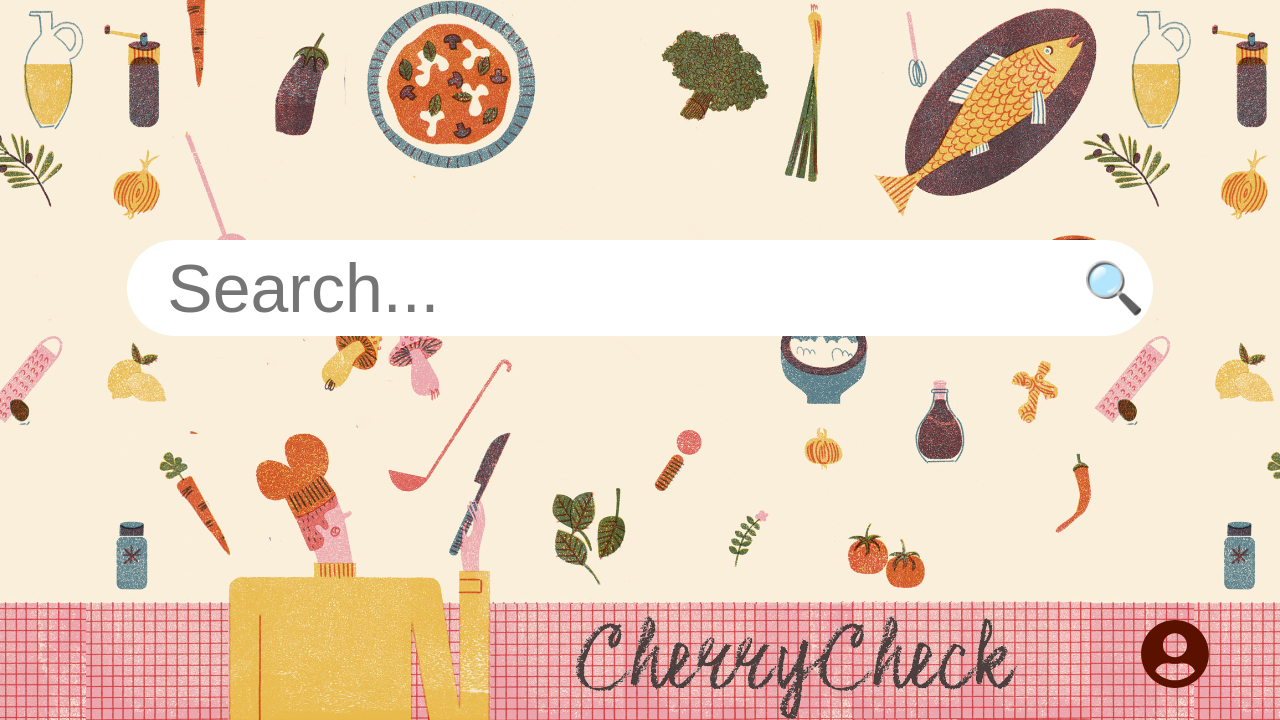
Repository: ChakavakNojavan/CherryCheck
Page: / (app in client/)
An editor plug-in stored every save of this project. The page is shown before and after the next save, followed by the edit.
The browser window is 1280 px wide. The pictures show the whole page.
The project was rebuilt for these pictures with package versions that can differ from the ones it lists, and the page was loaded fresh each time. Also part of the build but not shown: client/src/components/Loading.js, client/src/components/SingleProduct.js, client/src/components/UserProfile.js. Imported but missing from the stored project, and not drawn on this page: client/src/components/LogoutButton.

Above is the page before, as saved 2023-04-12 12:07:07.

### client/public/index.html
<!DOCTYPE html>
<html lang="en">
  <head>
    <meta charset="utf-8" />
    <meta name="viewport" content="width=device-width, initial-scale=1" />
    <link
      href="https://fonts.googleapis.com/css2?family=Jost&display=swap"
      rel="stylesheet"
    />
    <title>Welcome to CherryCheck!</title>
  </head>
  <body>
    <noscript>You need to enable JavaScript to run this app.</noscript>
    <div id="root"></div>
    <!--
      This HTML file is a template.
      If you open it directly in the browser, you will see an empty page.

      You can add webfonts, meta tags, or analytics to this file.
      The build step will place the bundled scripts into the <body> tag.

      To begin the development, run `npm start` or `yarn start`.
      To create a production bundle, use `npm run build` or `yarn build`.
    -->
  </body>
</html>

### client/src/index.js
import React from "react";
import ReactDOM from "react-dom";
import App from "./components/App";
import { Auth0Provider } from "@auth0/auth0-react";

const domain = process.env.REACT_APP_AUTH0_DOMAIN;
const clientId = process.env.REACT_APP_AUTH0_CLIENT_ID;

ReactDOM.render(
  <React.StrictMode>
    <Auth0Provider
      domain={domain}
      clientId={clientId}
      redirectUri={window.location.origin}
    >
      <App />
    </Auth0Provider>
  </React.StrictMode>,
  document.getElementById("root")
);

### client/src/components/App.js
import React, { useEffect, useState } from "react";
import { BrowserRouter, Route, Link, Routes } from "react-router-dom";
import FoodSearch from "./FoodSearch";
import HomePage from "./HomePage";
import SingleProduct from "./SingleProduct";
import { useAuth0 } from "@auth0/auth0-react";
import Profile from "./UserProfile";
import axios from "axios";
import GlobalStyles from "../GlobalStyles";

const App = () => {
  const { isAuthenticated, user: auth0User } = useAuth0();
  const [dbUser, setDbUser] = useState(null);

  useEffect(() => {
    const handleAuthenticatedUser = async (user) => {
      try {
        const response = await axios.post("http://localhost:8000/api/users", {
          user,
        });
        const fetchedDbUser = response.data;
        console.log("User from the database:", fetchedDbUser);
        setDbUser(fetchedDbUser);
      } catch (error) {
        console.error("Error registering or logging in the user:", error);
      }
    };

    if (isAuthenticated && auth0User) {
      handleAuthenticatedUser(auth0User);
    }
  }, [isAuthenticated, auth0User]);

  return (
    <BrowserRouter>
      <GlobalStyles />
      <Routes>
        <Route
          path="/"
          element={<HomePage isAuthenticated={isAuthenticated} />}
        />
        <Route
          path="/search"
          element={<FoodSearch isAuthenticated={isAuthenticated} />}
        />
        <Route
          path="/products/:code"
          element={
            <SingleProduct
              userId={dbUser?._id}
              isAuthenticated={isAuthenticated}
            />
          }
        />
        <Route
          path="/profile"
          element={<Profile isAuthenticated={isAuthenticated} />}
        />

        <Route path="*" element={<h1>404: Oops!</h1>} />
      </Routes>
    </BrowserRouter>
  );
};

export default App;

### client/src/components/FoodSearch.js
import React, { useState, useEffect } from "react";
import { Link, useNavigate } from "react-router-dom";
import styled from "styled-components";
import axios from "axios";

const FoodSearchContainer = styled.div`
  padding: 50px;
  border-radius: 50px;
  position: fixed;
  top: 190px;
`;

const Suggestions = styled.div`
  position: absolute;
  background-color: white;
  border: 1px solid rgb(250, 239, 219);
  border-radius: 5px;
  max-height: 200px;
  overflow-y: auto;
  z-index: 1;
  left: 70px;
  top: 150px;
  width: 80%;
  box-sizing: border-box;
`;

const Suggestion = styled.div`
  display: flex;
  align-items: center;
  padding: 8px 16px;
  cursor: pointer;
  width: 100%;
  box-sizing: border-box;

  &:hover {
    background-color: #f1f1f1;
  }
`;

const ProductImage = styled.img`
  width: 40px;
  height: 40px;
  margin-right: 8px;
  object-fit: cover;
`;

const StyledLink = styled(Link)`
  text-decoration: none;
  color: inherit;
`;

const SearchBox = styled.div`
  position: relative;
  display: flex;
  align-items: center;
  background-color: rgba(255, 255, 255, 1);
  border-radius: 50px;
  padding: 8px;
`;

const SearchInput = styled.input`
  border: none;
  outline: none;
  width: 100%;
  font-size: 68px;
  border-radius: 50px;
  margin: 0 30px;
`;

const MagnifierIcon = styled.div`
  font-size: 50px;
  margin-left: 8px;
  cursor: pointer;
`;

const FoodSearch = () => {
  const [searchTerm, setSearchTerm] = useState("");
  const [products, setProducts] = useState([]);
  const navigate = useNavigate();

  const handleSearchChange = (e) => {
    setSearchTerm(e.target.value);
  };

  useEffect(() => {
    if (searchTerm) {
      searchProducts();
    } else {
      setProducts([]);
    }
  }, [searchTerm]);

  const searchProducts = async () => {
    try {
      if (searchTerm.trim() !== "") {
        const response = await axios.get(
          `http://localhost:8000/api/search?searchTerm=${searchTerm}`
        );
        console.log("Response:", response);
        setProducts(response.data.products);
      } else {
        setProducts([]);
      }
    } catch (error) {
      console.error("An error occurred while searching for products:", error);
    }
  };

  const handleSuggestionClick = (code) => {
    navigate(`/products/${code}`);
  };

  return (
    <FoodSearchContainer>
      <SearchBox>
        <SearchInput
          type="text"
          placeholder="Search..."
          value={searchTerm}
          onChange={handleSearchChange}
          autoComplete="off"
        />
        <MagnifierIcon onClick={searchProducts}>&#128269;</MagnifierIcon>
      </SearchBox>
      {products.length > 0 && (
        <Suggestions>
          {products.map((product) => (
            <Suggestion
              key={product.id}
              onClick={() => handleSuggestionClick(product.id)}
            >
              <ProductImage
                src={product.image_small_url}
                alt={product.product_name}
              />
              <StyledLink to={`/products/${product.id}`}>
                {product.product_name}
              </StyledLink>
            </Suggestion>
          ))}
        </Suggestions>
      )}
    </FoodSearchContainer>
  );
};

export default FoodSearch;

### client/src/components/HomePage.js
import React from "react";
import styled from "styled-components";
import backgroundImage from "./assets/BG.png";
import Auth0 from "./Auth0";
import FoodSearch from "./FoodSearch";

const Wrapper = styled.div`
  background-image: url(${backgroundImage});
  background-size: auto 100%;
  background-position: center bottom;
  min-height: 100vh;
  display: flex;
  flex-direction: column;
  justify-content: center;
  align-items: center;
`;
const Auth0Container = styled.div`
  position: absolute;
  bottom: 28px;
  right: 70px;
`;
const HomePage = () => {
  return (
    <>
      <Wrapper>
        <FoodSearch />
        <Auth0Container>
          <Auth0 />
        </Auth0Container>
      </Wrapper>
    </>
  );
};

export default HomePage;

### client/src/GlobalStyles.js
import { createGlobalStyle } from "styled-components";
export default createGlobalStyle`

// Define global CSS variables for consistent use throughout the app
:root{
  --color-blue-gray: #559EE1;
  --color-charcoal: #233D4D;
  --color-pumpkin: #FE7F2D;
  --color-sunglow: #FCCA46;
  --color-olivine: #A1C181;
  --font-headers: 'Jost', sans-serif; // Update the font family for headers
  --font-all:'Jost', sans-serif; // Update the font family for all text

}
/* Apply a reset to all HTML elements for consistent styling across browsers */
html, body, div, span, applet, object, iframe,
h1, h2, h3, h4, h5, h6, p, blockquote, pre,
a, abbr, acronym, address, big, cite, code,
del, dfn, em, img, ins, kbd, q, s, samp,
small, strike, strong, sub, sup, tt, var,
b, u, i, center,
dl, dt, dd, ol, ul, li,
fieldset, form, label, legend,
table, caption, tbody, tfoot, thead, tr, th, td,
article, aside, canvas, details, embed,
figure, figcaption, footer, header, hgroup,
menu, nav, output, ruby, section, summary,
time, mark, audio, video {
	margin: 0;
	padding: 0;
	border: 0;
	font-size: 100%;
	font: inherit;
	vertical-align: baseline;
}
/* HTML5 display-role reset for older browsers */
article, aside, details, figcaption, figure,
footer, header, hgroup, menu, nav, section {
	display: block;
}
/* Set the line-height of the body to 1 for consistent spacing */
body {
	line-height: 1;
}
/* Remove bullet points from lists */
ol, ul {
	list-style: none;
}
/* Remove quotation marks from blockquotes and quotes */
blockquote, q {
	quotes: none;
}
blockquote:before, blockquote:after,
q:before, q:after {
	content: '';
	content: none;
}
/* Remove table borders and spacing */
table {
	border-collapse: collapse;
	border-spacing: 0;
}
/* Set font-family and color for paragraphs, list items, and spans */
p,li,span{
  font-family: var(--font-all);
  color: var(--color-charcoal);
}
/* Set font-family for buttons and labels */
button{
  font-family:  var(--font-all);
}
label{
  font-family: var(--font-all)
}
/* Set font-family and color for headings */
h1, h2, h3, h4, h5, h6{
  font-family: var(--font-headers);
  color: var(--color-charcoal);
}
`;

### client/src/components/Auth0.js
import React, { useEffect, useState } from "react";
import { useNavigate } from "react-router-dom";
import { useAuth0 } from "@auth0/auth0-react";
import axios from "axios";
import LoginButton from "./LoginButton";

const Auth0 = () => {
  const navigate = useNavigate();
  const { isAuthenticated, user: auth0User } = useAuth0();
  const [dbUser, setDbUser] = useState(null);

  useEffect(() => {
    const handleAuthenticatedUser = async (user) => {
      try {
        const response = await axios.post("http://localhost:8000/api/users", {
          user,
        });
        const fetchedDbUser = response.data;
        console.log("User from the database:", fetchedDbUser);
        setDbUser(fetchedDbUser);
      } catch (error) {
        console.error("Error registering or logging in the user:", error);
      }
    };

    if (isAuthenticated && auth0User) {
      handleAuthenticatedUser(auth0User);
    }
  }, [isAuthenticated, auth0User]);

  const handleClick = () => {
    if (isAuthenticated) {
      navigate("/profile");
    }
  };

  return (
    <div onClick={handleClick}>
      {isAuthenticated && auth0User ? (
        <img
          src={auth0User.picture}
          alt={auth0User.name}
          style={{ borderRadius: "50%", cursor: "pointer" }}
        />
      ) : (
        <LoginButton />
      )}
    </div>
  );
};

export default Auth0;

### client/src/components/LoginButton.js
import React from "react";
import { useAuth0 } from "@auth0/auth0-react";
import { FaUserCircle } from "react-icons/fa";
import styled from "styled-components";

const Icon = styled(FaUserCircle)`
  font-size: 70px;
  color: rgb(91, 17, 0);
  pointer-events: none;
`;

const IconContainer = styled.div`
  display: inline-flex;
  align-items: center;
  justify-content: center;
  width: 70px;
  height: 70px;
  &:hover {
    cursor: pointer;
  }
`;

const LoginButton = () => {
  const { loginWithRedirect } = useAuth0();

  return (
    <IconContainer onClick={() => loginWithRedirect()}>
      <Icon />
    </IconContainer>
  );
};

export default LoginButton;

After the next save:
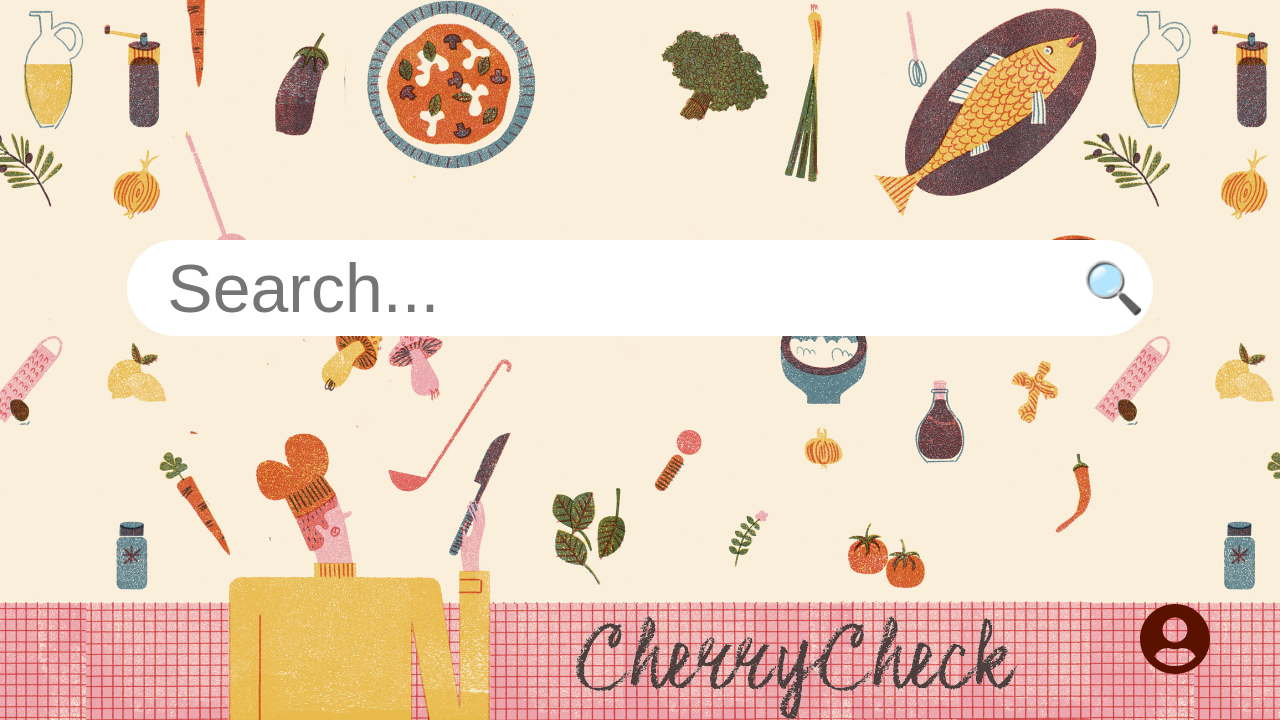
Saved 3 min 47 s later.
--- a/client/src/components/LoginButton.js
+++ b/client/src/components/LoginButton.js
@@ -4,7 +4,7 @@ import { FaUserCircle } from "react-icons/fa";
 import styled from "styled-components";
 
 const Icon = styled(FaUserCircle)`
-  font-size: 70px;
+  font-size: 100px;
   color: rgb(91, 17, 0);
   pointer-events: none;
 `;
